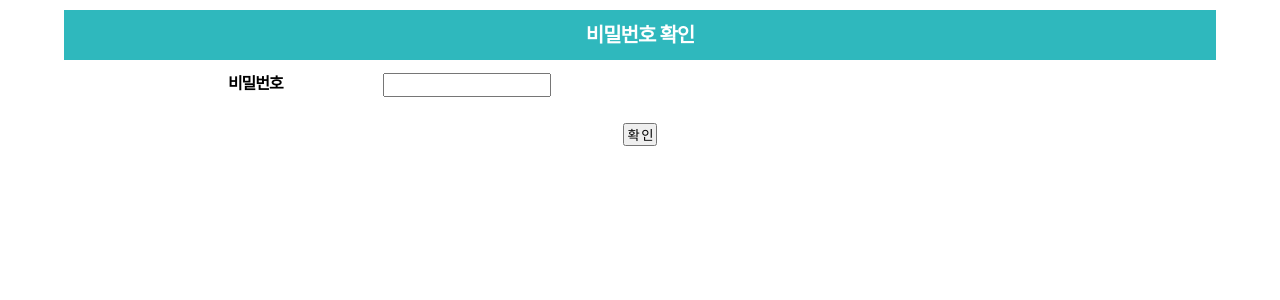
Repository: InhoKang92/jsp_1018
Page: http://localhost/Web_01/review/reviewCheckPass.jsp
An editor plug-in stored every save of this project. The page is shown before and after the next save, followed by the edit.
The browser window is 1280 px wide. The pictures show the whole page.
Some web fonts or font styles are not loaded; a fallback is used. The page is served by Tomcat 9. Other server files are loaded and not shown.

Above is the page before, as saved 2024-10-17 01:49:24.

### Web_01/src/main/webapp/review/reviewCheckPass.jsp
<%@ page language="java" contentType="text/html; charset=UTF-8"
pageEncoding="UTF-8"%>
<!DOCTYPE html>
<html>
<head>
<meta charset="UTF-8">

<link rel="stylesheet" href="css/reset.css">
<link rel="stylesheet" href="css/idcheck.css">
<script type="text/javascript" src="script/review.js"></script>

<title>Insert title here</title>
</head>
<body>

<div align="center">
      <h1 class="title_box">비밀번호 확인</h1>
      <form action="ModernServlet" name="frm" method="get">
        <input type="hidden" name="command" value="review_check_pass">
        <input type="hidden" name="num" value="${param.num}">
        <table style="width: 80%">
          <tr>
            <th>비밀번호</th>
            <td><input type="password" name="pass" size="20"></td>
          </tr>
        </table>
        <br>
        <input type="submit" value=" 확 인 " onclick="return passCheck()"> <br>
        <br>${message}
      </form>
     </div>

</body>
</html>

### Web_01/src/main/webapp/css/reset.css
@charset "utf-8";

@font-face {
    font-family: 'Pretendard-Regular';
    src: url('https://fastly.jsdelivr.net/gh/Project-Noonnu/noonfonts_2107@1.1/Pretendard-Regular.woff') format('woff');
    font-weight: 400;
    font-style: normal;
}

/* CSS 리셋 */
* {
    margin: 0;
    padding: 0;
    color: #000;
    list-style: none;
    text-decoration: none;
    box-sizing: border-box;
    line-height: 1.5;
    letter-spacing: -1px;
    font-family: 'Pretendard-Regular';
}

### Web_01/src/main/webapp/css/idcheck.css
@charset "utf-8";

.title_box {
    width: 90%;
    background-color: #2fb8bd;
    border: none;
    color: #fff;
    font-size: 20px;
    padding: 10px;
    text-align: center;
    margin: 10px auto;
}

.input_box {
    width: 90%;
    display: flex;
    margin: 10px auto 0;
}

.input_box>.id_input {
    display: inline-block;
    flex: 4;
    border: 2px solid #ddd;
    padding: 10px;
    font-size: 18px;
    margin-bottom: 10px;
}

.input_box>.idcheck_btn {
	display: inline-block;
	margin-left: 10px;
	flex: 1;
	border: none;
	background-color: #2fb8bd;
	color: #fff;
	padding: 10px;
    font-size: 16px;
    height: 50px;
    cursor: pointer;
}

.textbox {
	display: flex;
	width: 90%;
	margin: 0 auto;
}
.text {
	display: inline-block;
	font-size: 18px;
	flex: 4;
	padding: 10px;
}
.use {
	display: inline-block;

	flex: 1;
	margin-left: 10px;
	border: none;
	background-color: #2fb8bd;
	color: #fff;
	padding: 10px;
    font-size: 16px;
    height: 50px;
    cursor: pointer;
}

### Web_01/src/main/webapp/script/review.js
function reviewCheck() {
	if (document.frm.username.value.length == 0) {
		alert("작성자를 입력하세요.");
		return false;
	}
	if (document.frm.pass.value.length == 0) {
		alert("비밀번호를 입력하세요.");
		return false;
	}

	return true;
}

function open_win(url, name) {
	window.open(url, name, "width=500, height=230");
}

function passCheck() {
	if (document.frm.pass.value.length == 0) {
		alert("비밀번호를 입력하세요.");
		return false;
	}
	return true;
}

After the next save:
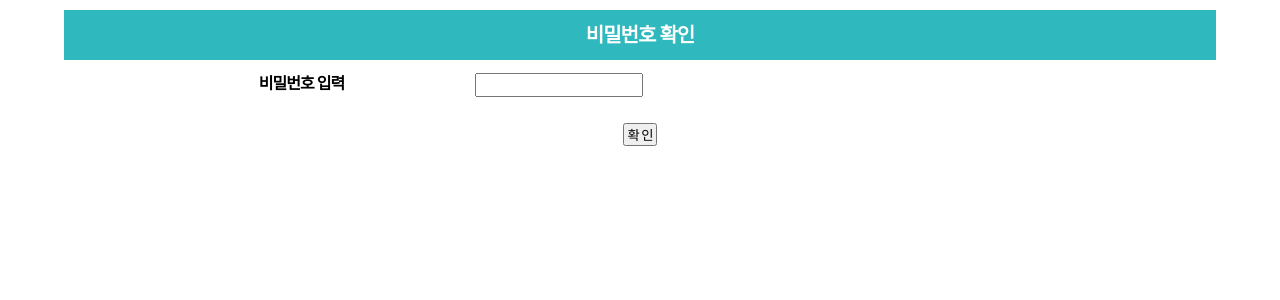
Saved 2 min 26 s later.
--- a/Web_01/src/main/webapp/review/reviewCheckPass.jsp
+++ b/Web_01/src/main/webapp/review/reviewCheckPass.jsp
@@ -20,7 +20,7 @@ pageEncoding="UTF-8"%>
         <input type="hidden" name="num" value="${param.num}">
         <table style="width: 80%">
           <tr>
-            <th>비밀번호</th>
+            <th>비밀번호 입력</th>
             <td><input type="password" name="pass" size="20"></td>
           </tr>
         </table>
